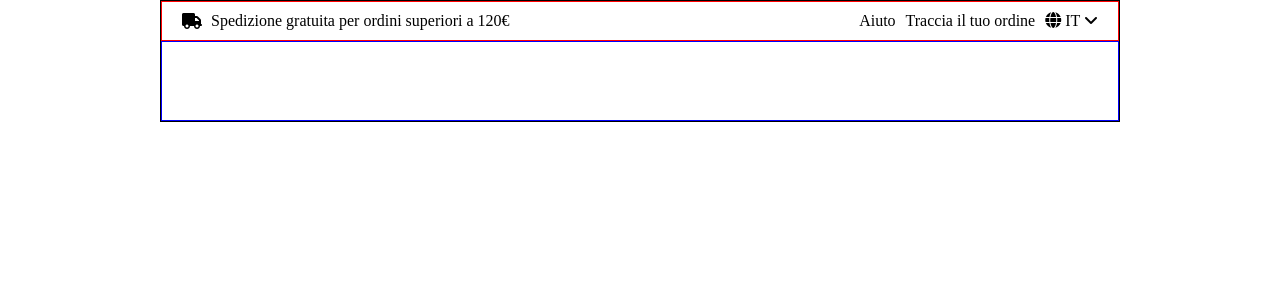
Repository: jacoporm1989/studioFlexbox
Page: FLEXBOX/Header+Navbar1/index.html
These files come from the project's save history. The page is drawn as it stood at one moment and after the next save; the edit follows.
The browser window is 1280 px wide. The pictures show the whole page.

Above is the page before, as saved 2026-06-10 10:46:29.

### FLEXBOX/Header+Navbar1/index.html
<!DOCTYPE html>
<html lang="en">

<head>
    <meta charset="UTF-8">
    <meta name="viewport" content="width=device-width, initial-scale=1.0">

    <link rel="stylesheet" href="https://cdnjs.cloudflare.com/ajax/libs/font-awesome/6.5.2/css/all.min.css">
    <link rel="stylesheet" href="index.css">
    <title>Primo header</title>
</head>

<body>


    <div class="container">


        <header>

            <div class="up">

                <div class="spedizione">

                    <i class="fa-solid fa-truck"></i>
                    <p>Spedizione gratuita per ordini superiori a 120€</p>

                </div>

                <div class="right-bar">
                    <ul class="complete-right-bar">
                        <li><a href="#">Aiuto</a></li>
                        <li><a href="#">Traccia il tuo ordine</a></li>
                        <li class="lingue">
                            <i class="fa-solid fa-globe"></i>
                            <a href="#">IT
                                <i class="fa-solid fa-angle-down"></i></a>
                            <ul class="sub-lingue">
                                <li>EN</li>
                                <li>SP</li>
                                <li>DE</li>
                            </ul>

                        </li>
                    </ul>


                </div>

            </div>


            <nav>



            </nav>
        </header>



    </div>
</body>

</html>

### FLEXBOX/Header+Navbar1/index.css
* {
    box-sizing: border-box;
    margin: 0;
}

a {
    text-decoration: none;
    color: inherit;
    cursor: pointer;
}

a:hover {
    background-color:black;
    color: white;
}


.container {

    border: 1px solid black;
    width: 75%;
    margin: auto;

}



.up {
    width: 100%;
    border: 1px solid red;
    height: 40px;
    display:flex;
    flex-direction:row;
    justify-content:space-between;
}


.spedizione{
    display:flex;
    flex-direction:row;
    justify-content:center;
    align-items: center;
    gap:9px;
    margin-left:20px;
}

.right-bar{
    display:flex;
    flex-direction:row;
    justify-content:center;
    align-items: center;
    margin-right:20px;
}

.sub-lingue{
    display:none;
}

.lingue:hover .sub-lingue{
    display:flex;
    flex-direction:column;
}



.complete-right-bar{
    display:flex;
    flex-direction:row;
    list-style: none;
    padding-left: 0;
    margin-left: 0;
    gap:10px;
}


.sub-lingue{
    display:none;
}




.lingue:hover .sub-lingue{
    display:flex;
    flex-direction:column;
}



nav {
    width: 100%;
    border: 1px solid blue;
    height: 80px;
    display:flex;
}

After the next save:
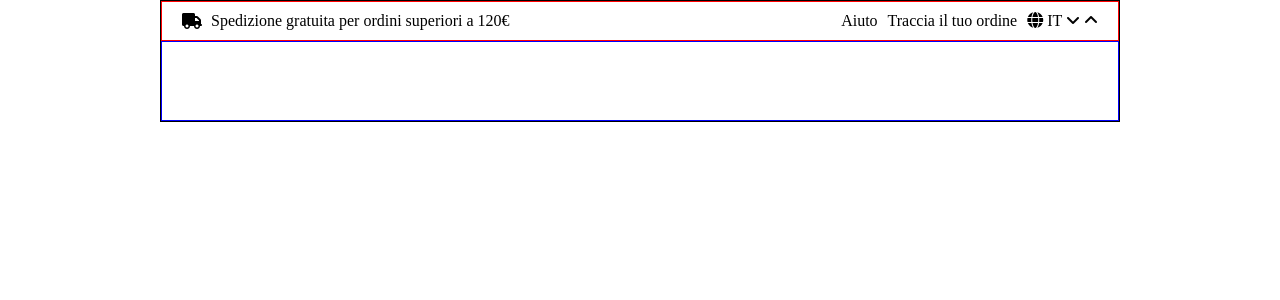
Saved 36 s later.
--- a/FLEXBOX/Header+Navbar1/index.html
+++ b/FLEXBOX/Header+Navbar1/index.html
@@ -35,6 +35,7 @@
                             <i class="fa-solid fa-globe"></i>
                             <a href="#">IT
                                 <i class="fa-solid fa-angle-down"></i></a>
+                                <i class="fa-solid fa-angle-up"></i>
                             <ul class="sub-lingue">
                                 <li>EN</li>
                                 <li>SP</li>

After the save that followed:
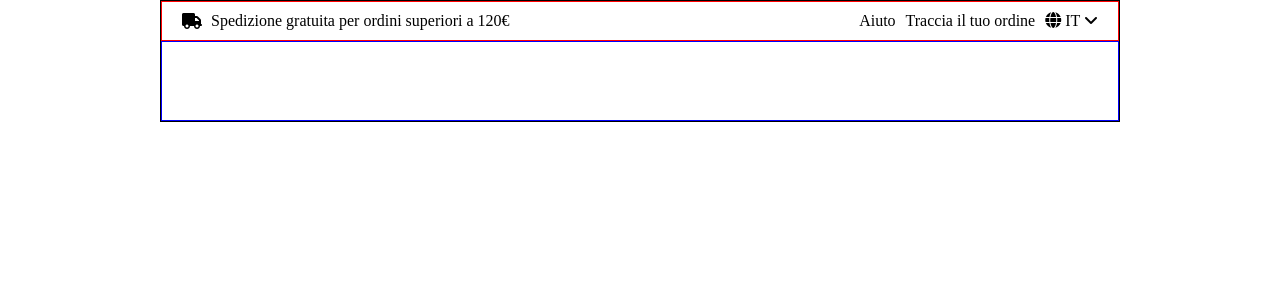
Saved 40 s later.
--- a/FLEXBOX/Header+Navbar1/index.css
+++ b/FLEXBOX/Header+Navbar1/index.css
@@ -61,6 +61,10 @@ a:hover {
     flex-direction:column;
 }
 
+.fa-angle-up{
+    display:none;
+}
+
 
 
 .complete-right-bar{
